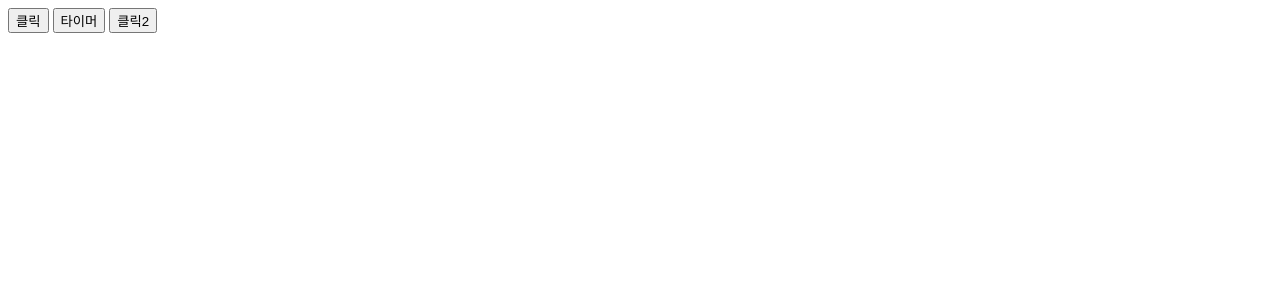
Repository: Jooheehan-kopo/web-workspace
Page: Lecture-web/WebContent/javascript/Dom/exam06.html
These files come from the project's save history. The page is drawn as it stood at one moment and after the next save; the edit follows.
The browser window is 1280 px wide. The pictures show the whole page.

Above is the page before, as saved 2021-06-15 08:18:15.
Console error (its wording comes from the project's code and is left out).

### Lecture-web/WebContent/javascript/Dom/exam06.html
<!DOCTYPE html>
<html>
<head>
<meta charset="UTF-8">
<title>Insert title here</title>
<script>
	// 이벤트   버튼 - 사용자 이벤트 발생 .
	function clickBtn() {
		setTimeout(function() {
			alert('5초 지남...')
		}, 5000)

	}
	window.onload =function(){
		let h1Tag =document.createElement()
		let text =document.createTextNode('클릭하세요')
		h1Tag.appendChild(text)
		document.body.appendChild(h1Tag)

		//고전적 이벤트 모델 DOM level 0

		h1Tag.onclick =function(){
			alert('h1 click..')
		}

		let btn= document.getElementById('btn02')
		btn.onclick =function(){
			alert('btn2 click...')
		}
	}
</script>
</head>
<body>
	<!-- 인라인 이벤트 모델 DOM level0 -->
	<input type="button" value="클릭" onclick="alert('click')">
	<input type="button" value="타이머" onclick="clickBtn()">
	<input type="button" value="클릭2" id= "btn02">

	<!-- setTimeout .. 몇초지나면 클릭하게 만들것. -> 함수만들어 -->

</body>
</html>

After the next save:
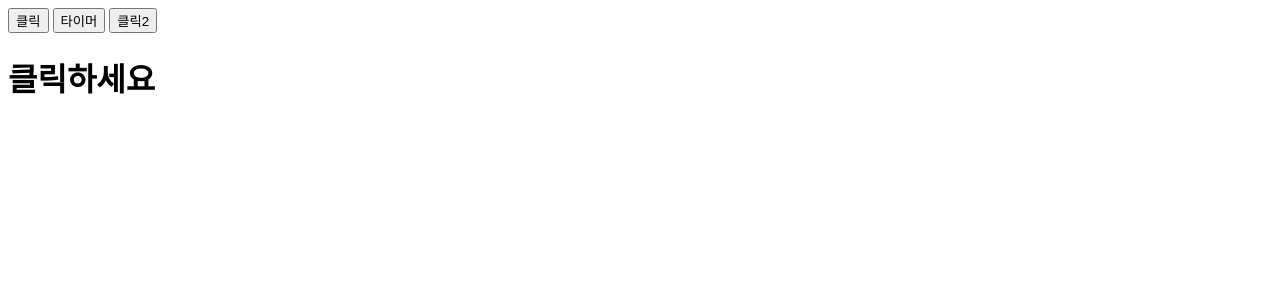
The error is gone.
Saved 2 min 49 s later.
--- a/Lecture-web/WebContent/javascript/Dom/exam06.html
+++ b/Lecture-web/WebContent/javascript/Dom/exam06.html
@@ -12,7 +12,7 @@
 
 	}
 	window.onload =function(){
-		let h1Tag =document.createElement()
+		let h1Tag =document.createElement("h1")
 		let text =document.createTextNode('클릭하세요')
 		h1Tag.appendChild(text)
 		document.body.appendChild(h1Tag)
